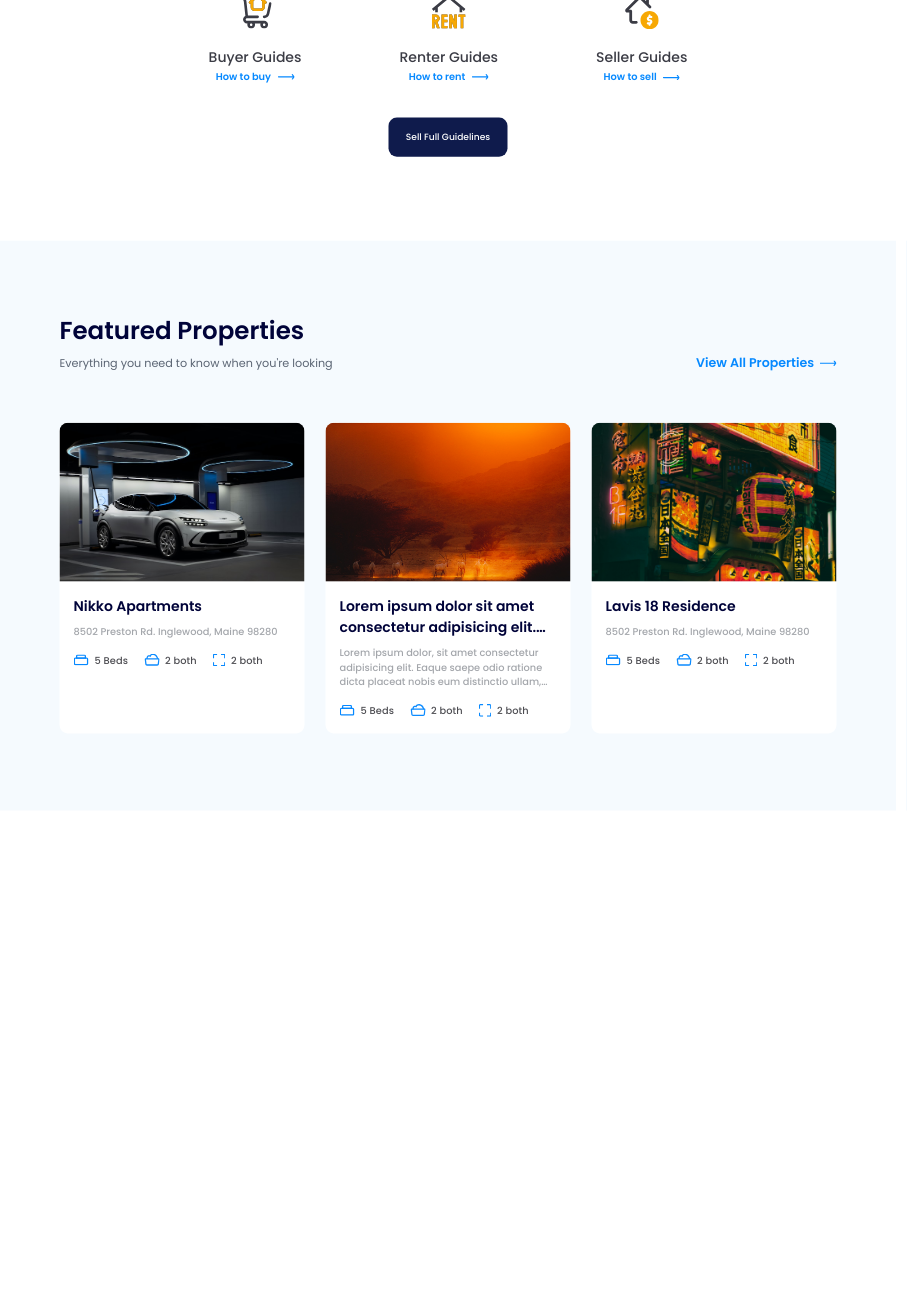
Repository: empty24062002/f8-htmlcss-01
Page: index.html
The author's editor kept a copy of each file at every save. The page is drawn from the files as they stood at one save, then again after the next save.
The browser window is 1280 px wide. The page is 1295 px wide, so the pictures cover 1295 px, including what lies to the right of the window. The pictures show the part of the page from y = 1527 to 3407 px (the page is 10000 px tall), at 70% of full size.

Above is the page before, as saved 2023-07-13 09:09:41.

After the next save:
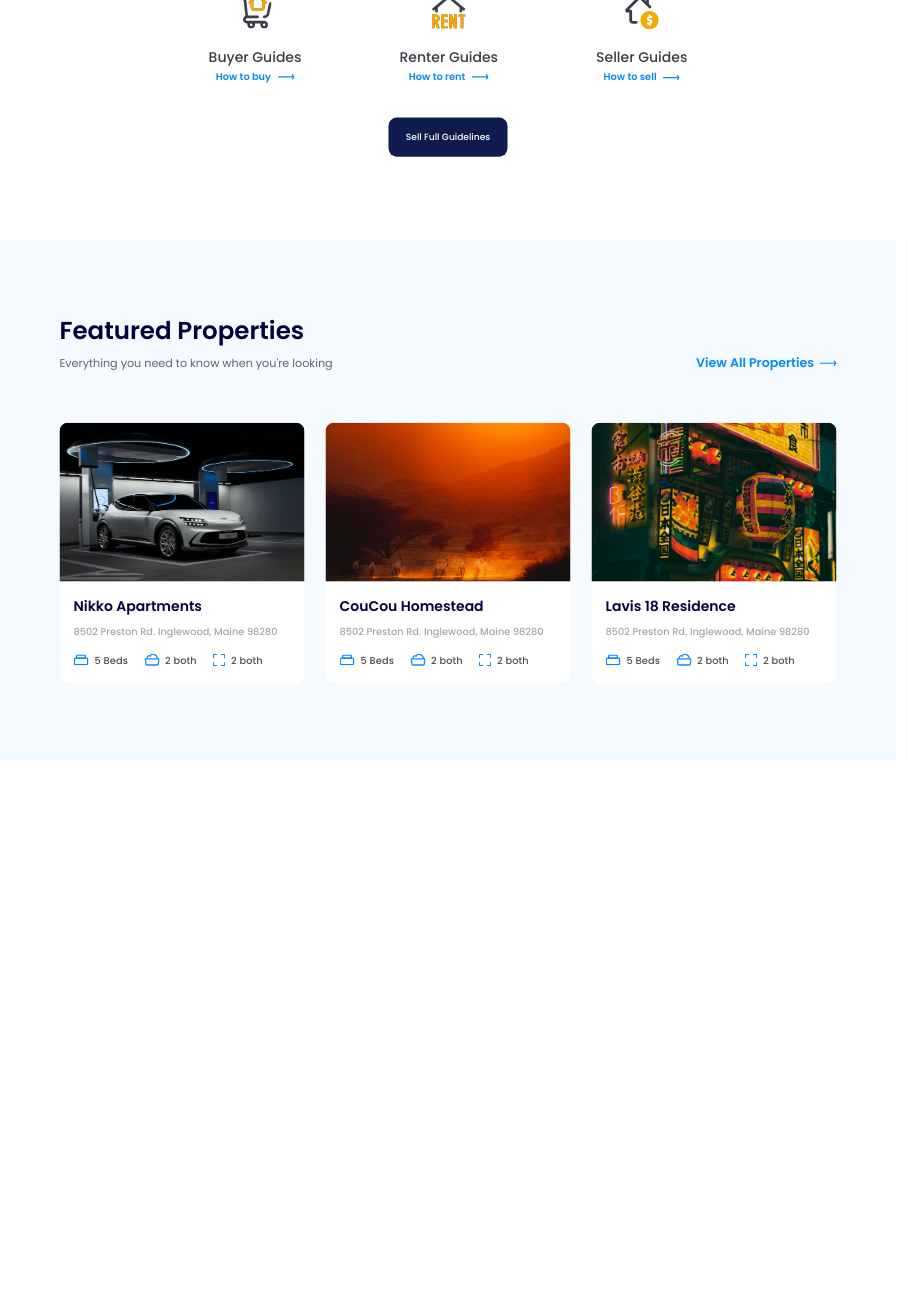
Saved 111 s later.
--- a/index.html
+++ b/index.html
@@ -230,20 +230,11 @@
                             <div class="body">
                                 <h3 class="title">
                                     <a href="#!" class="line-clamp"
-                                        >Lorem ipsum dolor sit amet consectetur
-                                        adipisicing elit. Tempore, perferendis
-                                        nostrum. Perspiciatis, ex consequuntur
-                                        voluptatibus quasi nemo earum nisi
-                                        ea?</a
+                                        >CouCou Homestead</a
                                     >
                                 </h3>
                                 <p class="desc line-clamp">
-                                    Lorem ipsum dolor, sit amet consectetur
-                                    adipisicing elit. Eaque saepe odio ratione
-                                    dicta placeat nobis eum distinctio ullam,
-                                    voluptatibus aliquam numquam fugit laborum
-                                    assumenda sequi blanditiis facilis iusto
-                                    fuga repellat?
+                                    8502 Preston Rd. Inglewood, Maine 98280
                                 </p>
                                 <div class="info">
                                     <img
